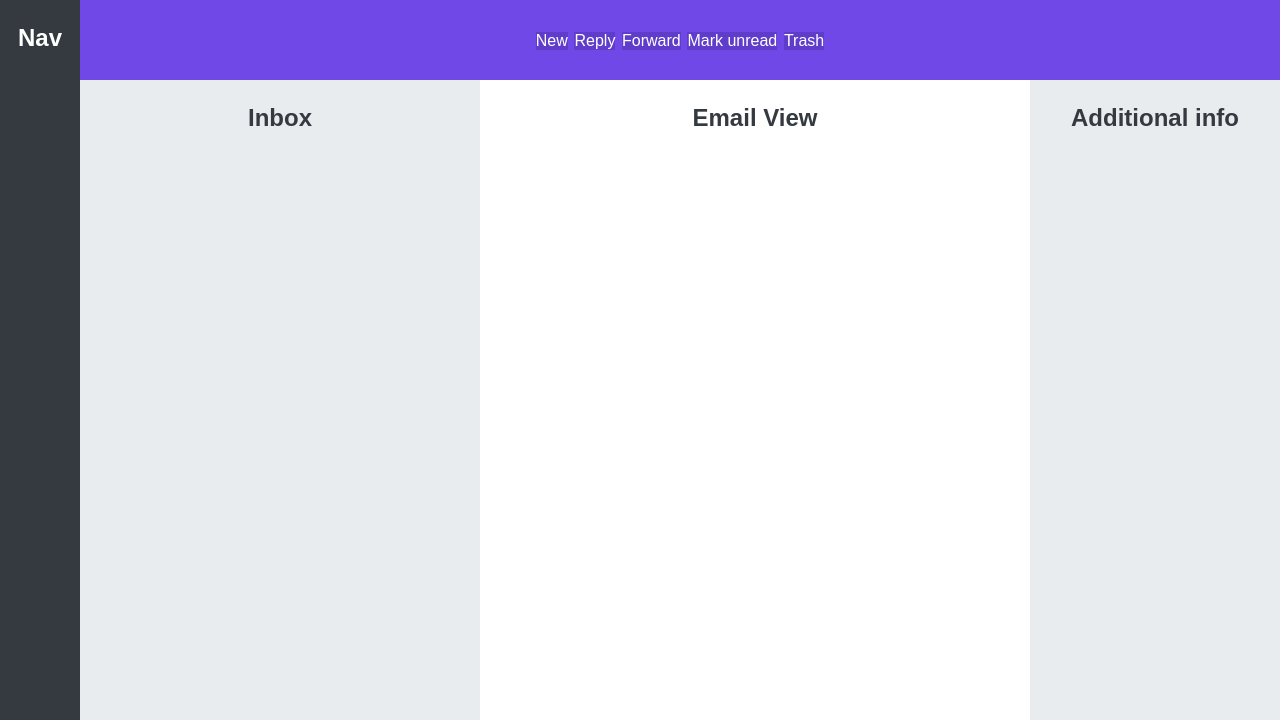
Repository: sunny070/CSS
Page: HTML and CSS some of the important components/06_app-layout.html
These files come from the project's save history. The page is drawn as it stood at one moment and after a run of saves; the edit follows.
The browser window is 1280 px wide. The pictures show the whole page.

Above is the page before, as saved 2023-11-17 13:59:16.

After the next 2 saves:
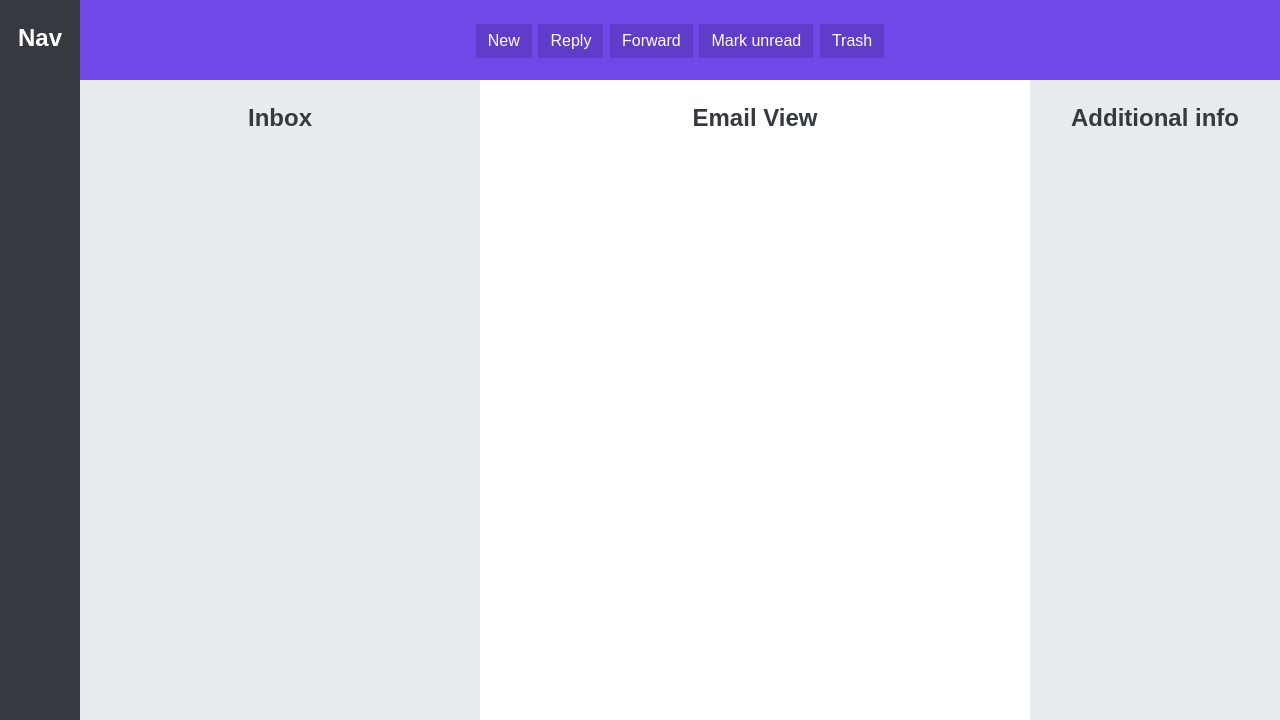
The 2 saves are shown as one change because they came seconds apart.
The last was saved 7 s later.
--- a/HTML and CSS some of the important components/06_app-layout.html
+++ b/HTML and CSS some of the important components/06_app-layout.html
@@ -39,7 +39,7 @@
             border: none;
             cursor: pointer;
             color:#fff ;
-            padding: ;
+            padding: 8px 12px;
         }
         section{
             background-color:#e9ecef;
